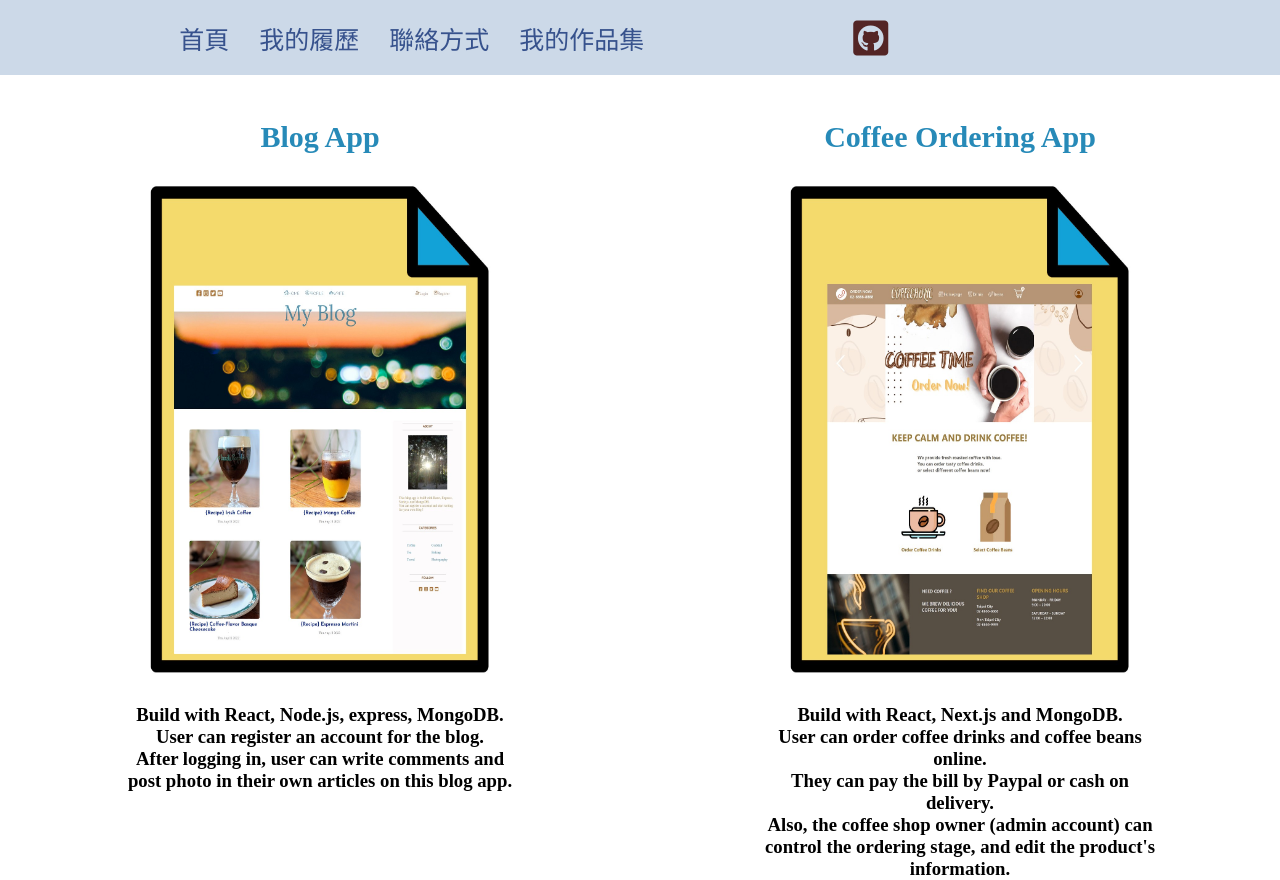
Repository: lcjyc/portfolio-website
Page: /portfolio
An editor plug-in stored every save of this project. The page is shown before and after the next save, followed by the edit.
The browser window is 1280 px wide. The pictures show the whole page.
The project was rebuilt for these pictures with package versions that can differ from the ones it lists, and the page was loaded fresh each time. Also part of the build but not shown: src/pages/home/home.css, src/pages/home/Home.jsx, src/pages/resume/resume.css, src/pages/resume/Resume.jsx, src/pages/contact/contact.css, src/pages/contact/Contact.jsx.

Above is the page before, as saved 2022-08-21 12:56:32.

After the next save:
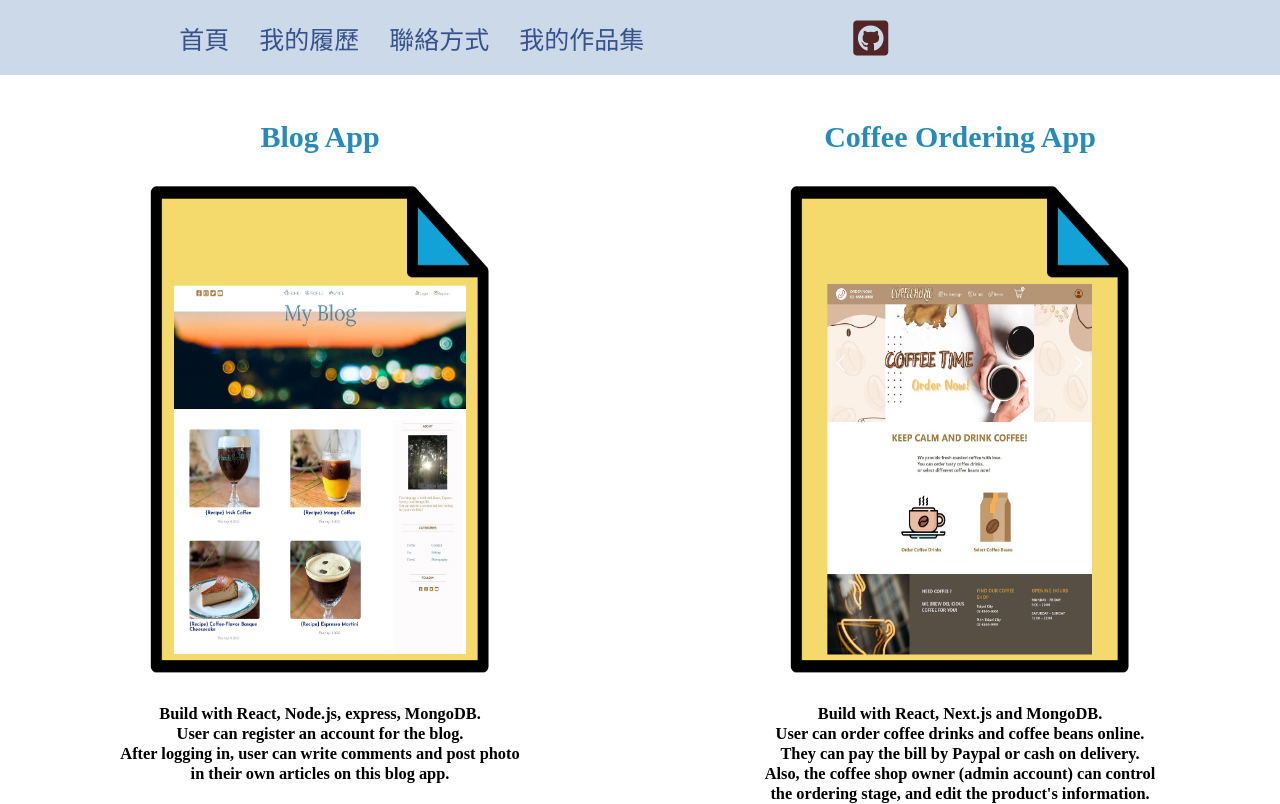
Saved 7 s later.
--- a/src/pages/portfolio/portfolio.css
+++ b/src/pages/portfolio/portfolio.css
@@ -36,5 +36,5 @@
   text-align: center;
   display: block;
   margin: auto;
-  font-size: 16px;
+  font-size: 14px;
 }
